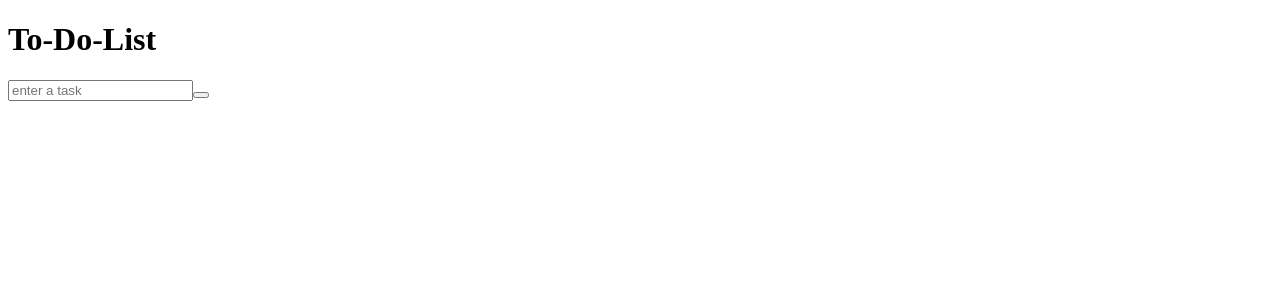
Repository: wakoya-tech/to-do-list-app
Page: /
The author's editor kept a copy of each file at every save. The page is drawn from the files as they stood at one save, then again after the next save.
The browser window is 1280 px wide. The pictures show the whole page.
The project was rebuilt for these pictures with package versions that can differ from the ones it lists, and the page was loaded fresh each time. Also part of the build but not shown: vite.config.js, src/App.css, src/index.css.

Above is the page before, as saved 2025-10-16 15:32:05.

### src/App.jsx
import { useState } from 'react'
import './App.css'
import ToDoList from './ToDoList.jsx'
function App() {
 return(<>

 <ToDoList/>
 </>)
}

export default App

### src/ToDoList.jsx
import React,{useState} from 'react'

function ToDoList() {
    const [tasks,setTasks]=useState(["ciree nyaadhu","uffata jijiiradhu","mana barumsaa deemi"])
    const [newTask,setNewTask]=useState("");
    function handleInputChange(e){
      setNewTask(e.target.value)
    }
    function addTask(){

    }
    function deleteTask(index){

    }
    function moveTaskUp(index){

    }
    function moveTaskDown(index){

    }
  return (
    <div className='to-do-list'>
<h1>To-Do-List</h1>
<div>
    <input type="text" placeholder='enter a task'
    value={newTask} onChange={handleInputChange}/>
 <button className='add-button' onClick={addTask}> </button>
</div>
    </div>
  )
}

export default ToDoList

Loaded but not shown: index.html (common file); src/main.jsx (common file)

After the next save:
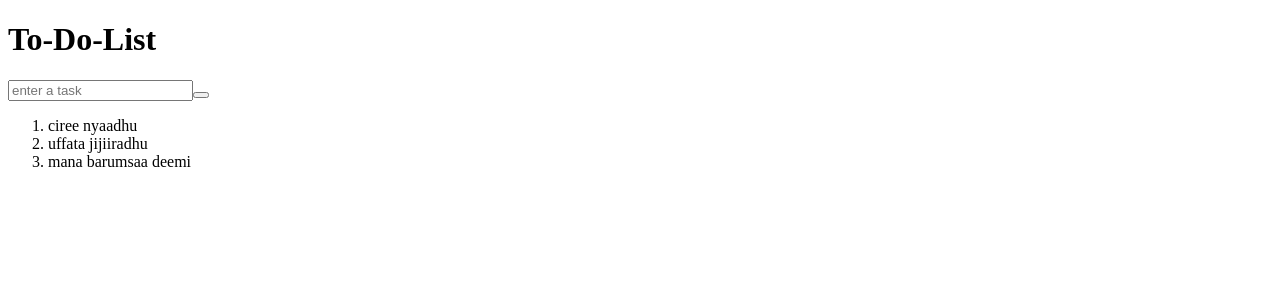
Saved 2 min 58 s later.
--- a/src/ToDoList.jsx
+++ b/src/ToDoList.jsx
@@ -26,6 +26,13 @@ function ToDoList() {
     value={newTask} onChange={handleInputChange}/>
  <button className='add-button' onClick={addTask}> </button>
 </div>
+<ol>
+    {tasks.map((task,index)=><li key={index}>
+    <span className='text'>
+        {task}
+    </span>
+    </li>)}
+</ol>
     </div>
   )
 }
